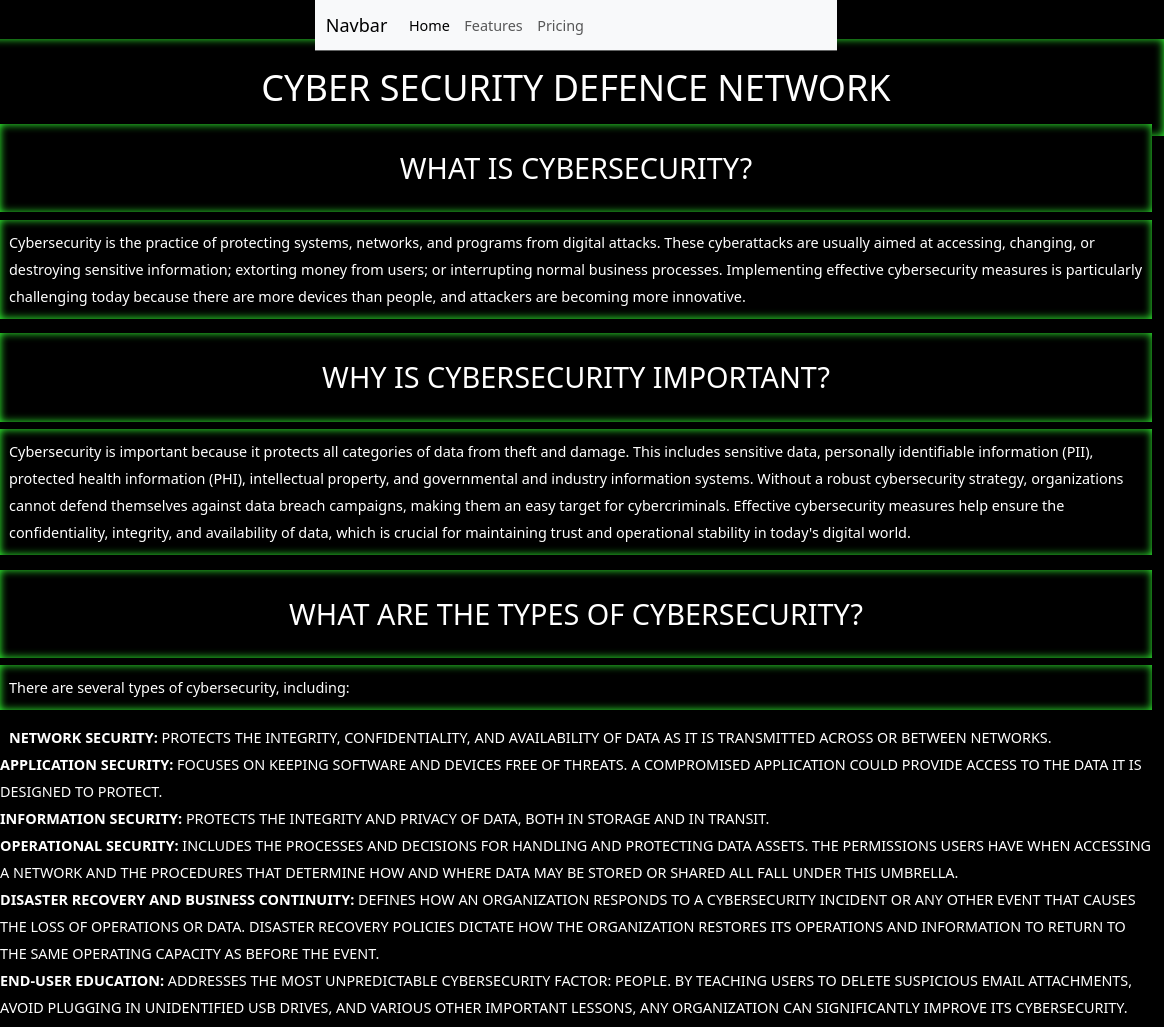
Repository: newworldhost/nwh
Page: index.html
An editor plug-in stored every save of this project. The page is shown before and after the next save, followed by the edit.
The browser window is 1280 px wide. The page is 1293 px wide, so the pictures cover 1293 px, including what lies to the right of the window. The pictures show the whole page, at 90% of full size.

Above is the page before, as saved 2025-03-04 16:01:35.

After the next save:
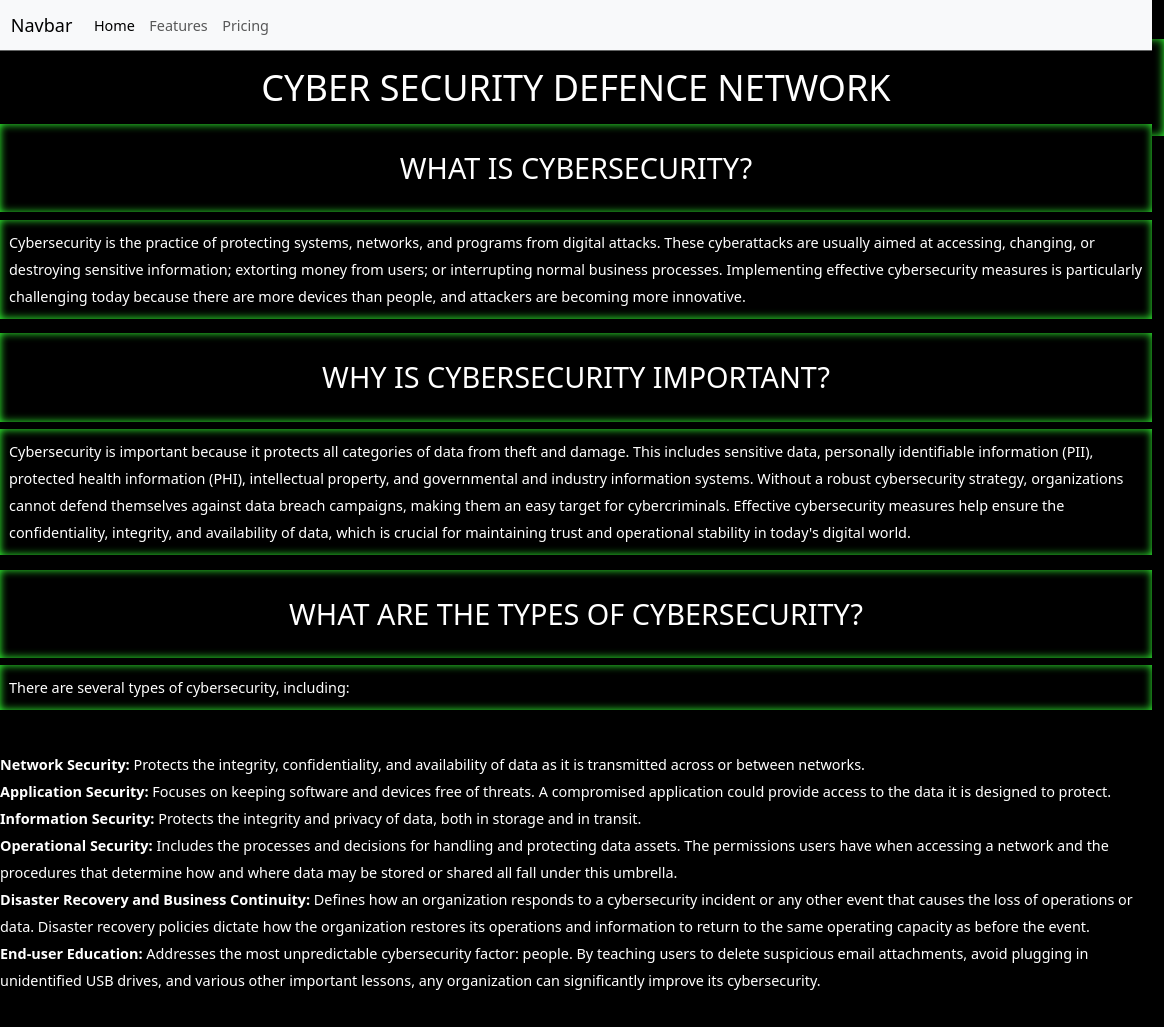
Saved 38 s later.
--- a/style.css
+++ b/style.css
@@ -35,16 +35,3 @@ ul {
     list-style-type: none;
     display: inline;
 }
-nav {
-    background-color: black;
-    color: white;
-    display: flex;
-    margin: 0 350px 0 350px; /* align the navbar in the center */
-    padding: 3px;
-
-}
-li {
-    display:inline-block;
-    text-transform: uppercase;
-
-}
